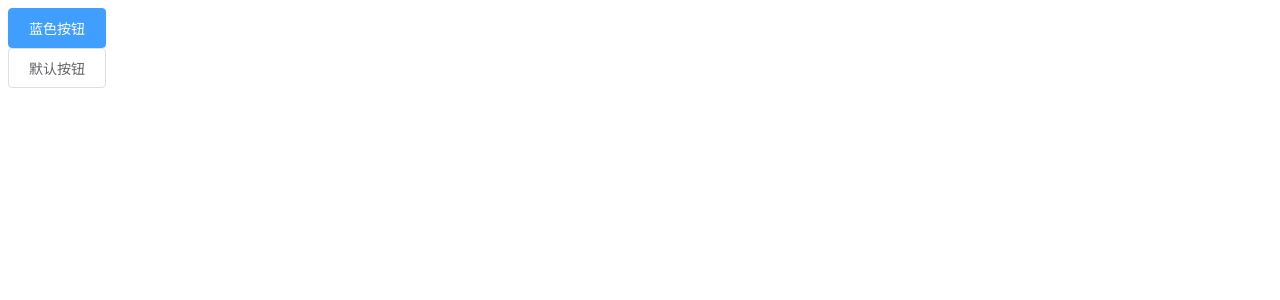
Repository: Cherry-pan/component-packing
Page: /
These files come from the project's save history. The page is drawn as it stood at one moment and after the next save; the edit follows.
The browser window is 1280 px wide. The pictures show the whole page.
The project was rebuilt for these pictures with package versions that can differ from the ones it lists, and the page was loaded fresh each time. Also part of the build but not shown: vue.config.js.

Above is the page before, as saved 2022-04-30 14:00:13.

After the next save:
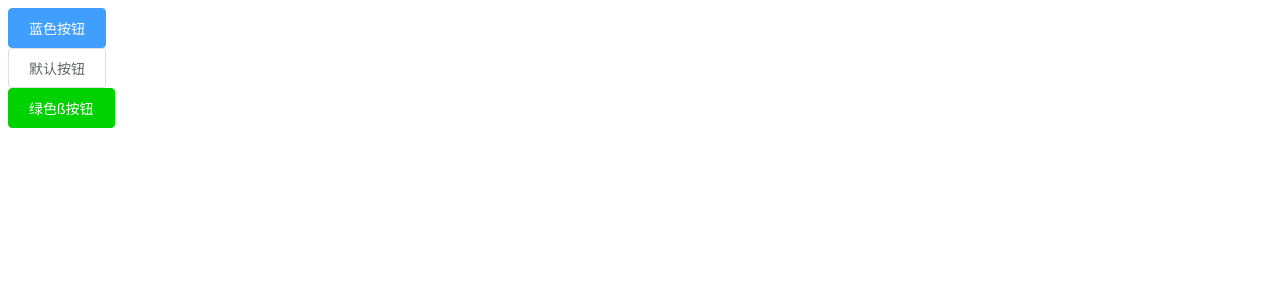
Saved 113 s later.
--- a/src/components/Home.vue
+++ b/src/components/Home.vue
@@ -5,6 +5,9 @@
     </AButton>
     <AButton>
       默认按钮
+    </AButton>
+    <AButton type="success">
+      绿色ß按钮
     </AButton>
   </div>
 </template>
--- a/src/components/button/Button.vue
+++ b/src/components/button/Button.vue
@@ -16,6 +16,7 @@ export default {
     }
   },
   computed: {
+    // 监听变化
     theme() {
       console.log(this.type);
       // 如果有值，返回
